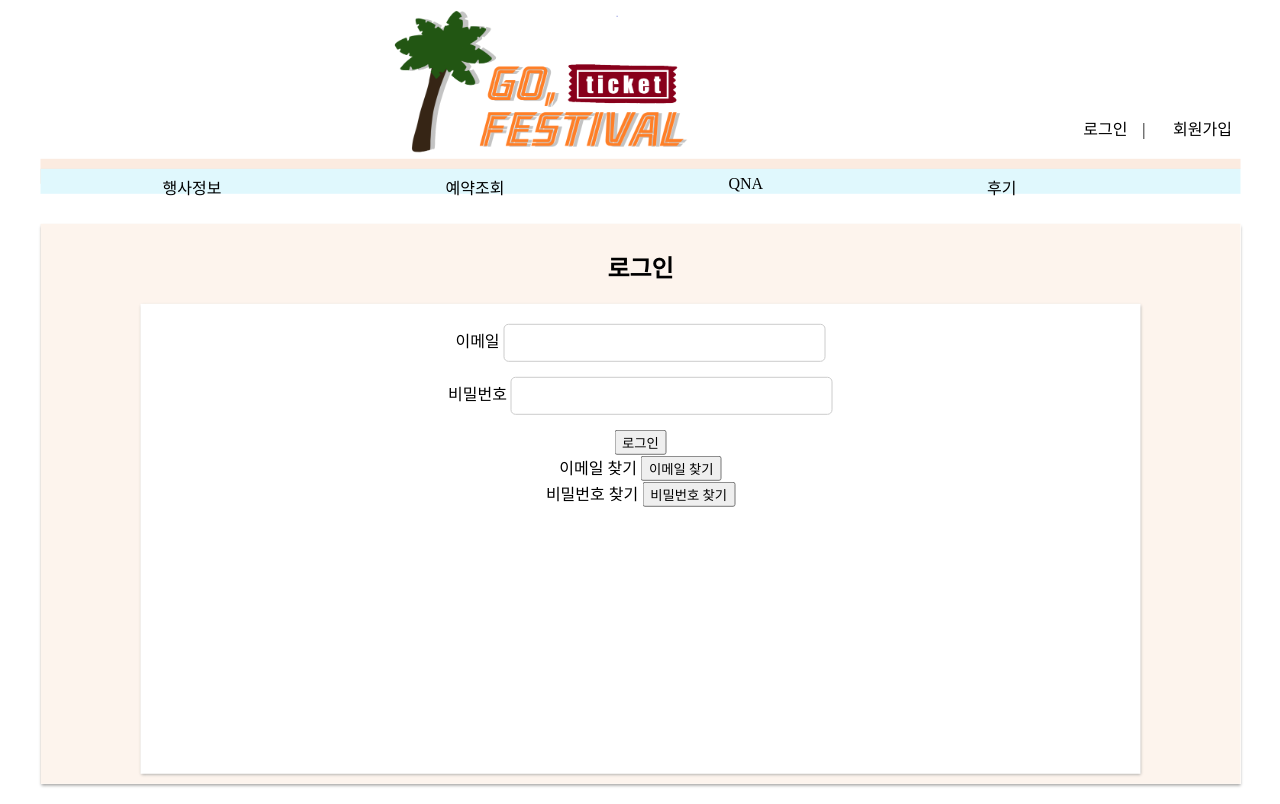
Repository: Changgyu1/Chang_Gu
Page: http://localhost/Project/login.jsp
An editor plug-in stored every save of this project. The page is shown before and after the next save, followed by the edit.
The browser window is 1280 px wide. The pictures show the whole page.
Some web fonts or font styles are not loaded; a fallback is used. The page is served by Tomcat 9. Other server files are loaded and not shown.

Above is the page before, as saved 2023-11-16 06:08:12.

### Project/src/main/webapp/login.jsp
<%@ page language="java" contentType="text/html; charset=UTF-8"
    pageEncoding="UTF-8"%>
<!DOCTYPE html>
<html lang="UTF-8">
<head>
    <meta charset="UTF-8">
    <meta name="viewport" content="width=device-width, initial-scale=1.0">
    <title>로그인</title>
    <link rel="stylesheet" href="./hjCss/main.css">
	<link rel="stylesheet" href="./hjCss/reservationCss.css">
</head>
<body>
<div id="wrapper">
    <!--로고이미지-->
    <img src="./image/로고1.png" id="logo">

    <!--로그인 버튼-->
    <div style="text-align: right; width: 1215px;">
    <%
    	if(session.getAttribute("email")!=null){
    %>
	 	<button type="button" onclick="location.href='logout.jsp'" style="width:75px;">로그아웃</button>
	 	 <h>|</h>
	    <button type="button" onclick="location.href='mypageServlet?email=<%=session.getAttribute("email")%>" style="width:100px;">마이페이지</button>
	 <%
    	}else{
	 %>
		 <button type="button" onclick="location.href='login.jsp'" style="width:60px;">로그인</button>
		 <h>|</h>
	    <button type="button" onclick="location.href='register.jsp'" style="width:100px;">회원가입</button>
	  <%
    	}
	  %>

<!-- 메뉴바 -->
  <div id="buttons">
		<ul>
			<li onclick="location.href='review_list.jsp'">후기</li>
			<li onclick="location.href='Qna_List.jsp'">QNA</li>
			<li onclick="location.href='reservation_search.jsp'">예약조회</li>
			<li onclick="location.href='Event_List.jsp'">행사정보</li>
		</ul>
	</div>
	<!-- 가운데 가장 큰 박스 -->
	<div id="background">

		<h2 style="padding-top:15px">로그인</h2>
		<!-- 안에 글넣는 하얀 박스-->
		<div id="reviewbox">
            <form action="loginServlet" method="post">
				<label for="email">이메일</label>
				<input type="email" id="email" name="email" required><br>
				<label for="password">비밀번호</label>
				<input type="password" id="password" name="password" required><br>
				<input type="submit" value="로그인"><br>
			</form>
				<label for="fiendEmail">이메일 찾기</label>
				<input type="button" id="fiendEmail" name="fiendEmail" value="이메일 찾기"><br>
				<label for="findPassword">비밀번호 찾기</label>
				<input type="button" id="findPassword" name="findPassword" value="비밀번호 찾기"><br>
        </div>
	 </div>

</div>
</body>
</html>

### Project/src/main/webapp/hjCss/main.css
@font-face {
    font-family: 'NanumSquareNeo-Variable';
    src: url('https://cdn.jsdelivr.net/gh/projectnoonnu/noonfonts_11-01@1.0/NanumSquareNeo-Variable.woff2') format('woff2');
    font-weight: normal;
    font-style: normal;
}

    *{
    font-family: 'NanumSquareNeo-Variable';
    }

     body{
 	   	 position: absolute;
            padding: 20px;
            top: 50%;
            left: 50%;
            transform: translate(-50%, -50%);
    }



    #logo{
        width:300px;
        margin-left:350px;
        margin-bottom:-56px;
        margin-top:50px;
    }


       #searchbox{
     margin-right:100px;
        }


    #buttons{
        background:rgba(150, 230, 248, 0.295);
        height: 25px;
        width: 1200px;
        box-shadow: 0px -10px 0px rgba(249, 220, 201, 0.575);
        margin-top: 25px;

    }

    button{
        border:none;
        background:none;
        margin: 3px;
        font-size: 16px;
        width: 250px;

    }

    #background{
        background-color:rgba(249, 220, 201, 0.326);
        width: 1200px;
        height: 550px;
        margin-top: 30px;

        box-shadow: 0px 2px 3px rgb(161, 160, 159);
        padding-top:10px;

    }



    #reviewbox{

    	padding-top:20px;
    	max-width: 1000px;
        height: 450px;
        margin-left:auto;
        margin-right:auto;
        background-color: #ffffff;
        text-align:center;
        box-shadow: 0px 1px 3px rgb(161, 160, 159);
        margin-top : 20px;


    }


    #review{
    margin:10px;
    width:700px;
    height:250px;

    }

    #review_title{
    margin:10px;
     width:700px;
    height:30px;

    }



    h2{
    font-family: 'NanumSquareNeo-Variable';
 	margin-top:0px;
    text-align: center;
    }


    #list{

            background-color: rgba(149, 150, 149, 0.055);
            border: 1px solid gray;
            border-collapse: collapse;
            padding: 10px;
            width:900px;
            text-align: center;
            margin-left:auto;
   			margin-right:auto;

        }


        th{

            background-color: rgba(161, 161, 161, 0.377);

        }

        th,td{

            border: 1px solid gray;
            padding: 10px;
        }

        #textbox{
        margin-right:100px;
        }

ul{
	list-style:none;
}

### Project/src/main/webapp/hjCss/reservationCss.css


/* 입력 필드 스타일 */
input[type="text"],
input[type="email"],
 input[type="password"]{
    width: 30%;
    padding: 10px;
    margin-bottom: 15px;
    border: 1px solid #ccc;
    border-radius: 5px;
}

ul{
		list-style:none;
	}
	li{
		float:right;
		margin: 6px 224px 0px 0;
	}

After the next save:
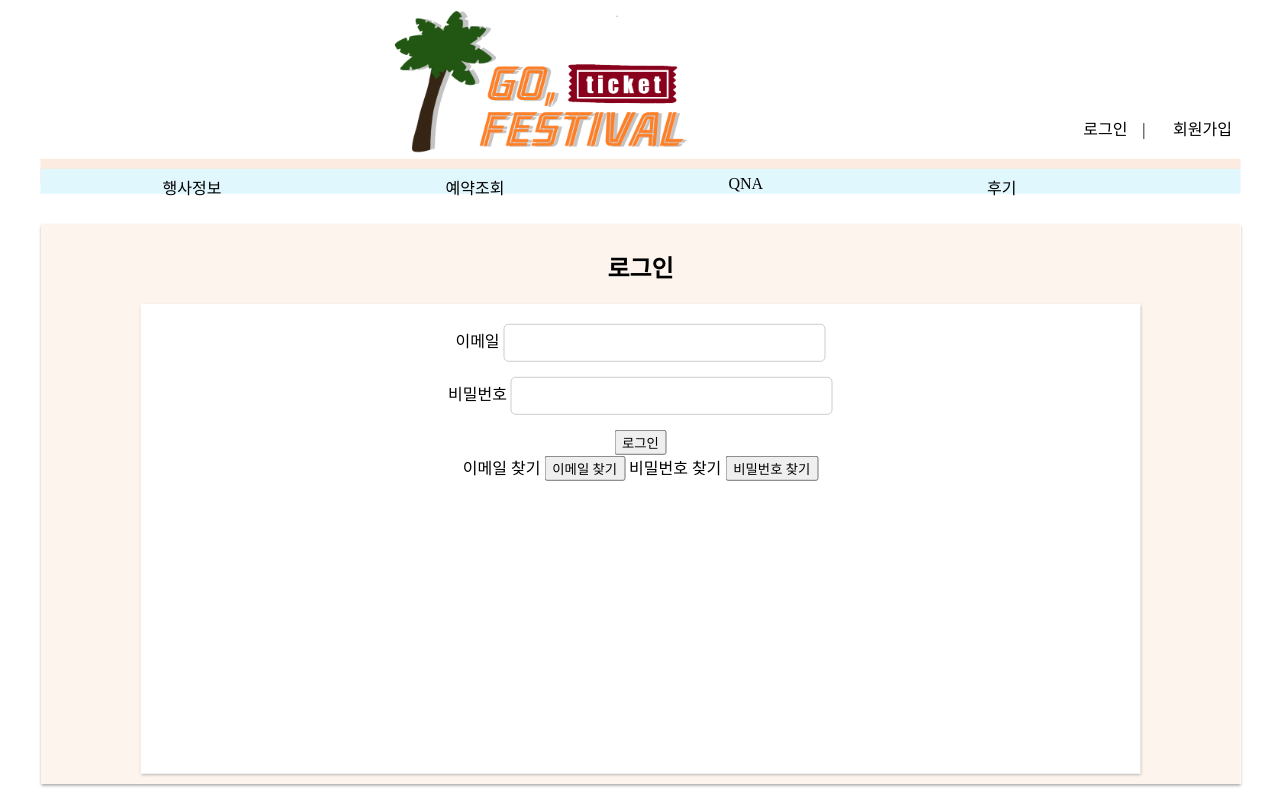
Saved 12 s later.
--- a/Project/src/main/webapp/login.jsp
+++ b/Project/src/main/webapp/login.jsp
@@ -52,12 +52,12 @@
 				<input type="email" id="email" name="email" required><br>
 				<label for="password">비밀번호</label>
 				<input type="password" id="password" name="password" required><br>
-				<input type="submit" value="로그인"><br>
+				<input type="submit" value="로그인">
 			</form>
 				<label for="fiendEmail">이메일 찾기</label>
-				<input type="button" id="fiendEmail" name="fiendEmail" value="이메일 찾기"><br>
+				<input type="button" id="fiendEmail" name="fiendEmail" value="이메일 찾기">
 				<label for="findPassword">비밀번호 찾기</label>
-				<input type="button" id="findPassword" name="findPassword" value="비밀번호 찾기"><br>
+				<input type="button" id="findPassword" name="findPassword" value="비밀번호 찾기">
         </div>
 	 </div>
 
